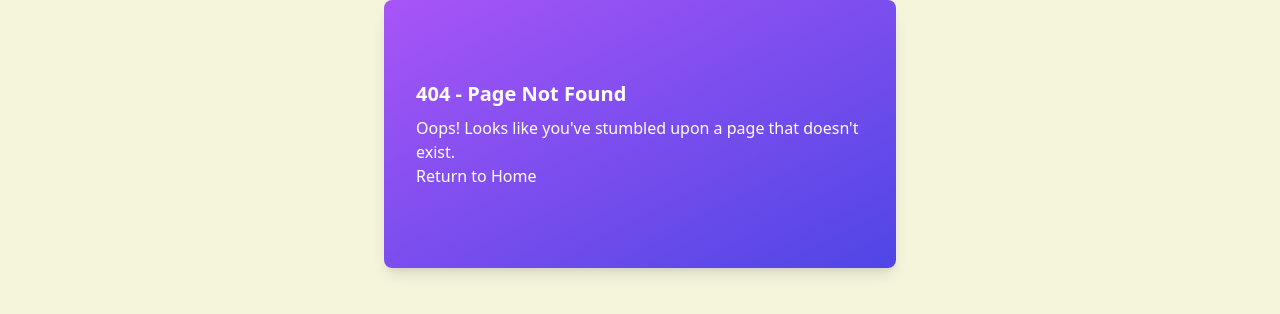
Repository: shaafsalman/product-Management-MERN
Page: /home (app in frontend/)
These files come from the project's save history. The page is drawn as it stood at one moment and after the next save; the edit follows.
The browser window is 1280 px wide. The pictures show the whole page.
The project was rebuilt for these pictures with package versions that can differ from the ones it lists, and the page was loaded fresh each time. Also part of the build but not shown: frontend/vite.config.js, frontend/src/Pages/Login.jsx, frontend/src/Pages/SighnUp.jsx.

Above is the page before, as saved 2024-05-14 00:47:49.

After the next save:
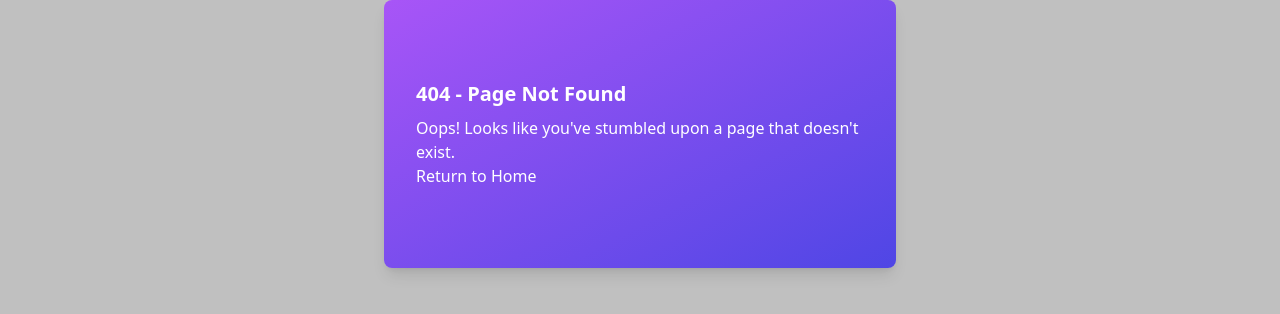
Saved 4 s later.
--- a/frontend/src/index.css
+++ b/frontend/src/index.css
@@ -12,5 +12,5 @@
 
 body,html
 {
-  background-color:beige
+  background-color:silver
 }
